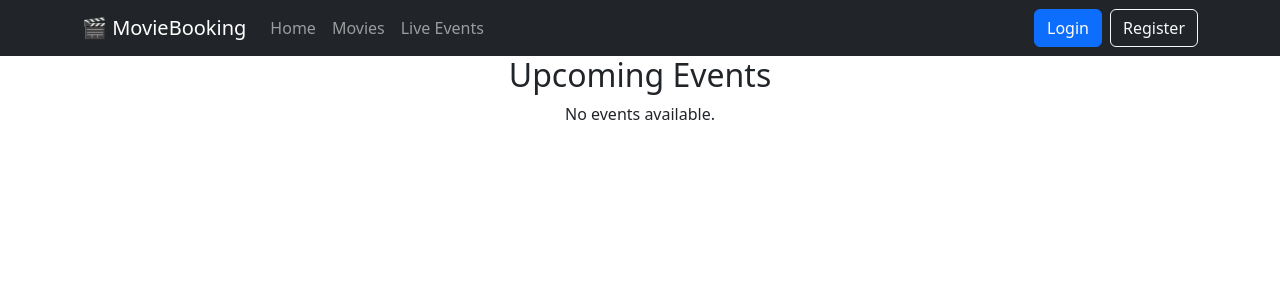
Repository: AshwinUgale/MovieBookingFrontend
Page: /events
An editor plug-in stored every save of this project. The page is shown before and after the next save, followed by the edit.
The browser window is 1280 px wide. The pictures show the whole page.
The page's requests for data from a server got no answer. The project was rebuilt for these pictures with package versions that can differ from the ones it lists, and the page was loaded fresh each time. No one was signed in, and anything a server would have sent is missing. Also part of the build but not shown: src/components/HeroSection.js, src/components/TrendingMovies.js, src/components/MovieSearch.js, src/components/GenreSection.js, src/components/Testimonials.js, src/components/CallToAction.js, src/pages/HomePage.js, src/pages/LoginPage.js and 11 more.

Above is the page before, as saved 2025-02-22 21:39:41.

### src/index.js
import React from 'react';
import ReactDOM from 'react-dom/client';
import 'bootstrap/dist/css/bootstrap.min.css';


import App from './App';


const root = ReactDOM.createRoot(document.getElementById('root'));
root.render(
  <React.StrictMode>
    <App />
  </React.StrictMode>
);

### src/App.js
import { BrowserRouter as Router, Routes, Route } from "react-router-dom";
import HomePage from "./pages/HomePage";
import LoginPage from "./pages/LoginPage";
import RegisterPage from "./pages/RegisterPage";
import DashboardPage from "./pages/DashboardPage";
import PrivateRoute from "./utils/PrivateRoute";
import MovieList from "./pages/MovieList";
import ShowtimesPage from "./pages/ShowtimesPage";
import AdminMoviePage from "./pages/AdminMoviePage";
import AdminShowtimePage from "./pages/AdminShowtimePage";
import ShowtimePage from "./pages/ShowtimePage";
import PaymentPage from "./pages/PaymentPage";
import BookingHistoryPage from "./pages/BookingHistoryPage";
import CustomNavbar from "./components/Navbar";
import AuthProvider from "./context/AuthContext";
import Events from "./pages/Events";


function App() {
  return (
    <AuthProvider>
    <Router>
      <CustomNavbar/>
      <Routes>
        {/* Public Routes */}
        <Route path="/" element={<HomePage />} />
        <Route path="/login" element={<LoginPage />} />
        <Route path="/register" element={<RegisterPage />} />
        <Route path="/movies" element={<MovieList />} />  {/* ✅ Updated path */}
        <Route path="/events" element={<Events />} />
        <Route path="/showtimes/:movieId" element={<ShowtimesPage />} />  {/* ✅ Updated path */}
        <Route path="/showtime/:showtimeId" element={<ShowtimePage />} />
        <Route path="/payment/:bookingId" element={<PaymentPage />} />

        {/* Protected Routes */}
        <Route path="/dashboard" element={<PrivateRoute component={DashboardPage} />} />
        <Route path="/admin/movies" element={<PrivateRoute component={AdminMoviePage} />} />
        <Route path="/admin/showtimes" element={<PrivateRoute component={AdminShowtimePage} />} />
        <Route path="/bookings" element={<PrivateRoute component={BookingHistoryPage} />} />
      </Routes>
    </Router>
    </AuthProvider>
  );
}

export default App;

### src/components/Navbar.js
import { Link } from "react-router-dom";
import { useContext } from "react";
import { AuthContext } from "../context/AuthContext"; // ✅ Import AuthContext
import { Navbar, Nav, Container, Button } from "react-bootstrap"; // ✅ Import Bootstrap components

const CustomNavbar = () => {
    const { isAuthenticated, logout } = useContext(AuthContext); // ✅ Use authentication state

    return (
        <Navbar bg="dark" variant="dark" expand="lg">
            <Container>
                <Navbar.Brand as={Link} to="/">🎬 MovieBooking</Navbar.Brand>
                <Navbar.Toggle aria-controls="basic-navbar-nav" />
                <Navbar.Collapse id="basic-navbar-nav">
                    <Nav className="me-auto">
                        <Nav.Link as={Link} to="/">Home</Nav.Link>
                        <Nav.Link as={Link} to="/movies">Movies</Nav.Link>
                        <Nav.Link as={Link} to="/events">Live Events</Nav.Link>
                        {isAuthenticated && <Nav.Link as={Link} to="/bookings">My Bookings</Nav.Link>}
                    </Nav>
                    <Nav>
                        {!isAuthenticated ? (
                            <>
                                <Button variant="primary" as={Link} to="/login" className="mx-2">Login</Button>
                                <Button variant="outline-light" as={Link} to="/register">Register</Button>
                            </>
                        ) : (
                            <Button variant="outline-light" onClick={logout}>Logout</Button>
                        )}
                    </Nav>
                </Navbar.Collapse>
            </Container>
        </Navbar>
    );
};

export default CustomNavbar;

### src/context/AuthContext.js
import { createContext, useState, useEffect } from "react";

export const AuthContext = createContext();

const AuthProvider = ({ children }) => {
    const [isAuthenticated, setIsAuthenticated] = useState(!!localStorage.getItem("token"));

    useEffect(() => {
        const handleStorageChange = () => {
            setIsAuthenticated(!!localStorage.getItem("token"));
        };

        window.addEventListener("storage", handleStorageChange);

        return () => {
            window.removeEventListener("storage", handleStorageChange);
        };
    }, []);

    const login = (token) => {
        localStorage.setItem("token", token);
        setIsAuthenticated(true);
    };

    const logout = () => {
        localStorage.removeItem("token");
        setIsAuthenticated(false);
    };

    return (
        <AuthContext.Provider value={{ isAuthenticated, login, logout }}>
            {children}
        </AuthContext.Provider>
    );
};

export default AuthProvider;

### src/pages/Events.js
import React, { useEffect, useState } from "react";
import { fetchEvents } from "../services/api";

const Events = () => {
  const [events, setEvents] = useState([]);
  const [loading, setLoading] = useState(true);

  useEffect(() => {
    const getEvents = async () => {
      const data = await fetchEvents();
      setEvents(data);
      setLoading(false);
    };

    getEvents();
  }, []);

  if (loading) {
    return <div className="text-center text-xl font-bold mt-10">Loading Events...</div>;
  }

  return (
    <div className="container mx-auto px-4 py-6">
      <h2 className="text-2xl font-bold text-center mb-6">Upcoming Events</h2>
      <div className="grid grid-cols-1 md:grid-cols-3 lg:grid-cols-4 gap-6">
        {events.length > 0 ? (
          events.map((event) => (
            <div key={event.id} className="border rounded-lg shadow-md p-4">
              <img src={event.image} alt={event.name} className="w-full h-48 object-cover rounded" />
              <h3 className="text-lg font-semibold mt-2">{event.name}</h3>
              <p className="text-gray-600">{event.date}</p>
              <p className="text-sm text-gray-500">{event.venue}</p>
              <a
                href={event.url}
                target="_blank"
                rel="noopener noreferrer"
                className="block mt-2 text-blue-500 hover:underline"
              >
                View Details
              </a>
            </div>
          ))
        ) : (
          <p className="text-center col-span-full">No events available.</p>
        )}
      </div>
    </div>
  );
};

export default Events;

### src/services/api.js
import axios from "axios";

const api = axios.create({
  baseURL: "http://localhost:5000/api",
  headers: {
    "Content-Type": "application/json",
  },
});


api.interceptors.request.use((config) => {
  const token = localStorage.getItem("token");
  if (token) {
    config.headers.Authorization = `Bearer ${token}`;
  }
  return config;
});

export const fetchMovies = async () => {
  const response = await api.get("/movies");
  return response.data;
};


export const fetchShowtimes = async (movieId) => {
  const response = await api.get(`/showtimes?movie=${movieId}`);
  return response.data;
};

export const addMovie = async (movieData) => {
  const token = localStorage.getItem("token");
  const response = await api.post("/movies", movieData, {
    headers: { Authorization: `Bearer ${token}` },
  });
  return response.data;
};

export const addShowtime = async (showtimeData) => {
  const token = localStorage.getItem("token");
  const response = await api.post("/showtimes", showtimeData, {
    headers: { Authorization: `Bearer ${token}` },
  });
  return response.data;
};


export const fetchSeats = async (showtimeId) => {
  try {
    const response = await api.get(`/showtimes/${showtimeId}`);
    return response.data.availableSeats;
  } catch (error) {
    console.error("Error fetching seats:", error);
    throw error;
  }
};


export const bookSeats = async (showtimeId, seats) => {
  try {
    const response = await api.post("/bookings", { showtimeId, seats });
    return response.data;
  } catch (error) {
    console.error("Error booking seats:", error);
    throw error;
  }
};

export const mockPayment = async (bookingId) => {
  try {
      const response = await api.post("/payments/pay", { bookingId });
      return response.data;
  } catch (error) {
      console.error("Error processing mock payment:", error);
      throw error;
  }
};

export const fetchBookingHistory = async () => {
  try {
      const response = await api.get("/bookings/history");  // GET request
      return response.data;
  } catch (error) {
      console.error("Error fetching booking history:", error);
      throw error;
  }
};


export const cancelBooking = async (bookingId) => {
  try {
      const response = await api.delete(`/bookings/${bookingId}`); // DELETE request
      return response.data;
  } catch (error) {
      console.error("Error canceling booking:", error);
      throw error;
  }
};


export const fetchEvents = async () => {
  try {
    const response = await api.get("/ticketmaster/events");
    return response.data;
  } catch (error) {
    console.error("Error fetching live events:", error.response?.data || error.message);
    return [];
  }
};


export default api;

Loaded but not shown: public/index.html (common file)

After the next save:
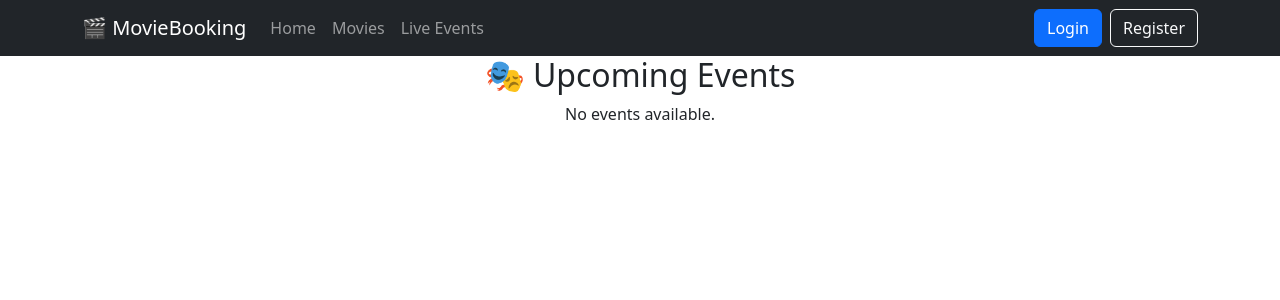
Saved 104 s later.
--- a/src/pages/Events.js
+++ b/src/pages/Events.js
@@ -21,27 +21,42 @@ const Events = () => {
 
   return (
     <div className="container mx-auto px-4 py-6">
-      <h2 className="text-2xl font-bold text-center mb-6">Upcoming Events</h2>
-      <div className="grid grid-cols-1 md:grid-cols-3 lg:grid-cols-4 gap-6">
+      <h2 className="text-3xl font-bold text-center mb-8">🎭 Upcoming Events</h2>
+
+      <div className="grid grid-cols-1 sm:grid-cols-2 md:grid-cols-3 lg:grid-cols-4 gap-6">
         {events.length > 0 ? (
           events.map((event) => (
-            <div key={event.id} className="border rounded-lg shadow-md p-4">
-              <img src={event.image} alt={event.name} className="w-full h-48 object-cover rounded" />
-              <h3 className="text-lg font-semibold mt-2">{event.name}</h3>
-              <p className="text-gray-600">{event.date}</p>
-              <p className="text-sm text-gray-500">{event.venue}</p>
-              <a
-                href={event.url}
-                target="_blank"
-                rel="noopener noreferrer"
-                className="block mt-2 text-blue-500 hover:underline"
-              >
-                View Details
-              </a>
+            <div key={event.id} className="bg-white border rounded-lg shadow-lg overflow-hidden">
+              {/* Event Image */}
+              <img src={event.image} alt={event.name} className="w-full h-52 object-cover" />
+
+              {/* Event Details */}
+              <div className="p-4">
+                <h3 className="text-xl font-semibold text-gray-800">{event.name}</h3>
+                <p className="text-gray-600 mt-1">
+                  📍 <span className="font-medium">{event.venue}</span>
+                </p>
+                <p className="text-gray-600 mt-1">
+                  🗓 <span className="font-medium">{event.date}</span>
+                </p>
+                <p className="text-gray-600 mt-1">
+                  ⏰ <span className="font-medium">{event.time || "TBA"}</span>
+                </p>
+
+                {/* Button to view more details */}
+                <a
+                  href={event.url}
+                  target="_blank"
+                  rel="noopener noreferrer"
+                  className="block text-center mt-4 bg-blue-500 text-white py-2 rounded hover:bg-blue-600 transition duration-200"
+                >
+                  View Details
+                </a>
+              </div>
             </div>
           ))
         ) : (
-          <p className="text-center col-span-full">No events available.</p>
+          <p className="text-center col-span-full text-lg text-gray-500">No events available.</p>
         )}
       </div>
     </div>
